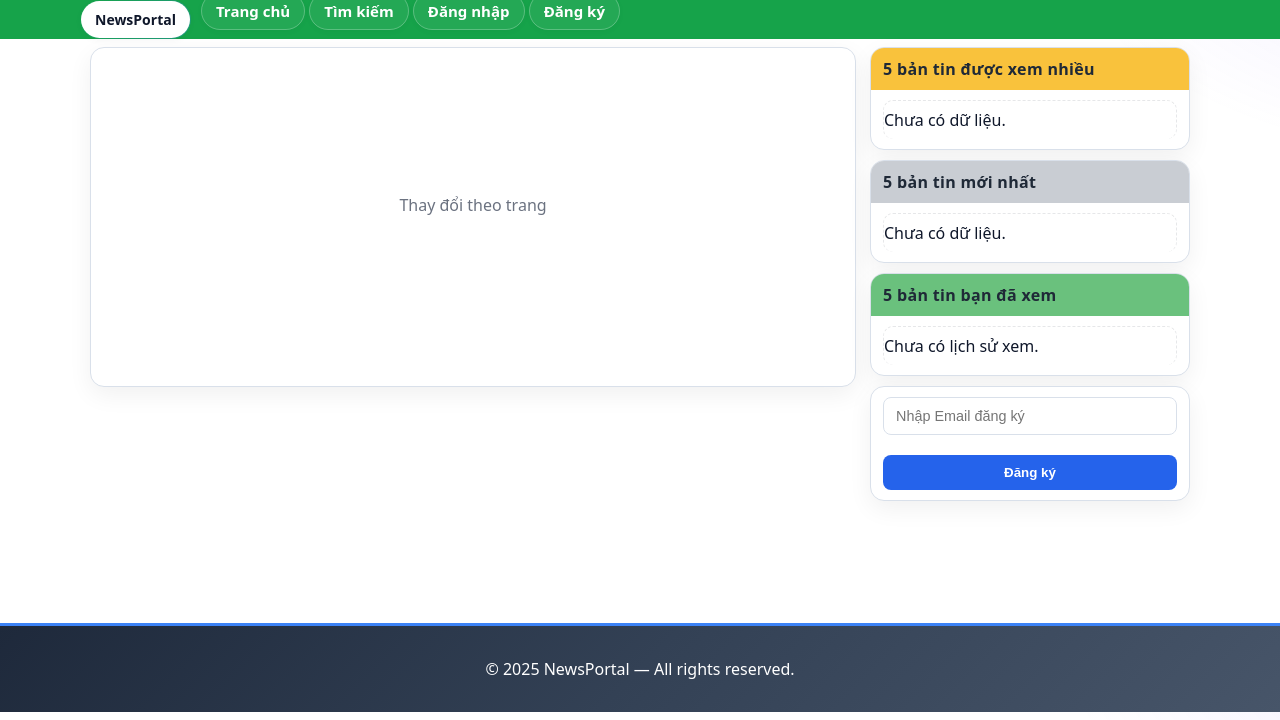
Repository: minhtvpy00202-git/Assignment_PY00202_MinhTV
Page: http://localhost/NewsPortal_PY00202/WEB-INF/views/home.jsp
These files come from the project's save history. The page is drawn as it stood at one moment and after the next save; the edit follows.
The browser window is 1280 px wide. The pictures show the whole page.
The page is served by Tomcat 10. Nobody is signed in. The template is opened directly, without the code that normally fills it, so the values that code supplies are empty.

Above is the page before, as saved 2025-09-28 07:59:57.

After the next save:
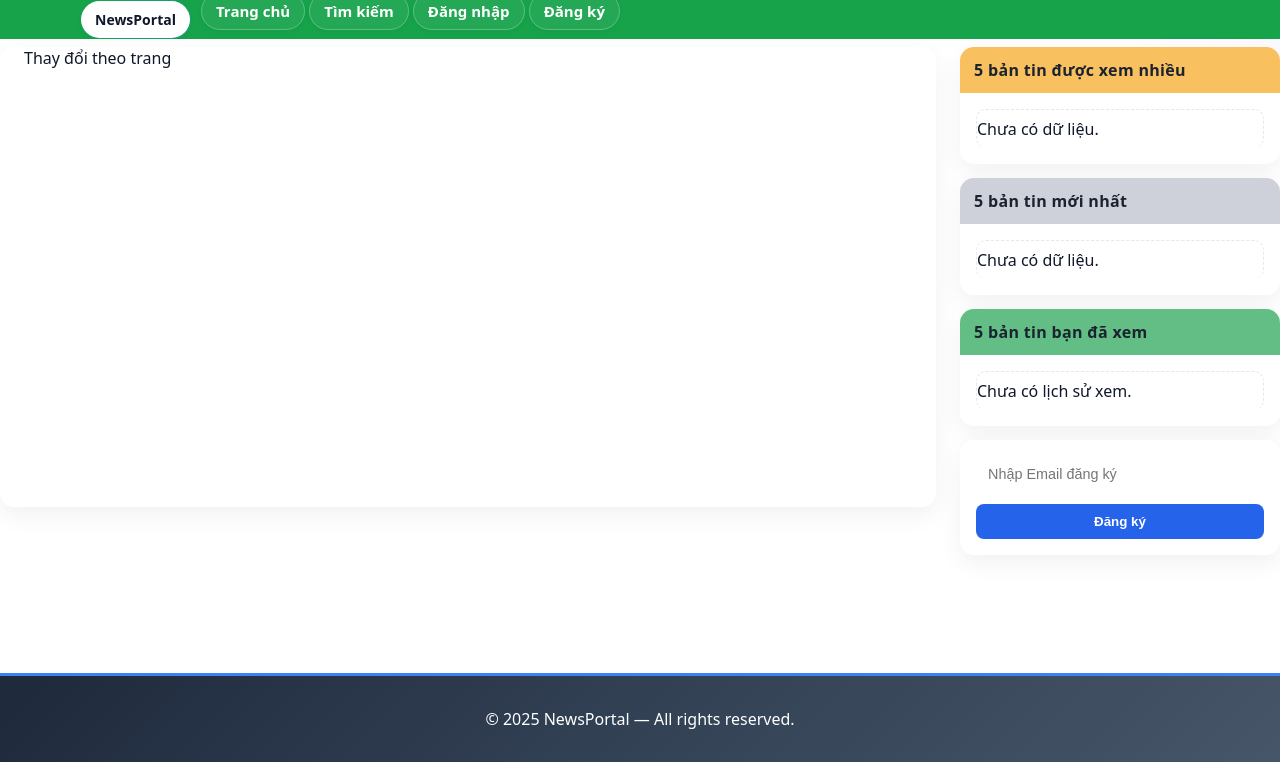
Saved 18 s later.
--- a/Assignment_NewsPortal/NewsPortal_PY00202/src/main/webapp/WEB-INF/views/home.jsp
+++ b/Assignment_NewsPortal/NewsPortal_PY00202/src/main/webapp/WEB-INF/views/home.jsp
@@ -3,23 +3,7 @@
 <%@ include file="layout/header.jsp" %>
 
 
-<style>
-  .home-wrap{ width:min(1100px,92%); margin:18px auto 56px; }
-  .home-grid{ display:grid; grid-template-columns: 1fr 320px; gap:14px; }
-  .home-main{ background:#fff; border:1px solid #d9e0ea; min-height:340px; display:flex; align-items:center; justify-content:center; color:#6b7280; }
-  .panel{ border:1px solid #d9e0ea; background:#fff; margin-bottom:10px; }
-  .panel-h{ font-weight:700; padding:10px 12px; color:#1f2937; }
-  .panel-h.yellow{ background:#f9c23c; }
-  .panel-h.gray{ background:#c9cdd3; }
-  .panel-h.green{ background:#6ac17d; }
-  .panel-b{ padding:10px 12px; }
-  .panel-b ul{ list-style:none; padding:0; margin:0; display:grid; gap:8px; }
-  .panel-b li a{ color:#111827; text-decoration:none; }
-  .panel-b li a:hover{ text-decoration:underline; }
-  .panel input[type="email"]{ width:100%; padding:10px 12px; border:1px solid #d9e0ea; }
-  .panel button{ margin-top:8px; width:100%; padding:10px 12px; background:#2563eb; color:#fff; border:0; cursor:pointer; }
 
-</style>
 
 <div class="home-wrap">
 
